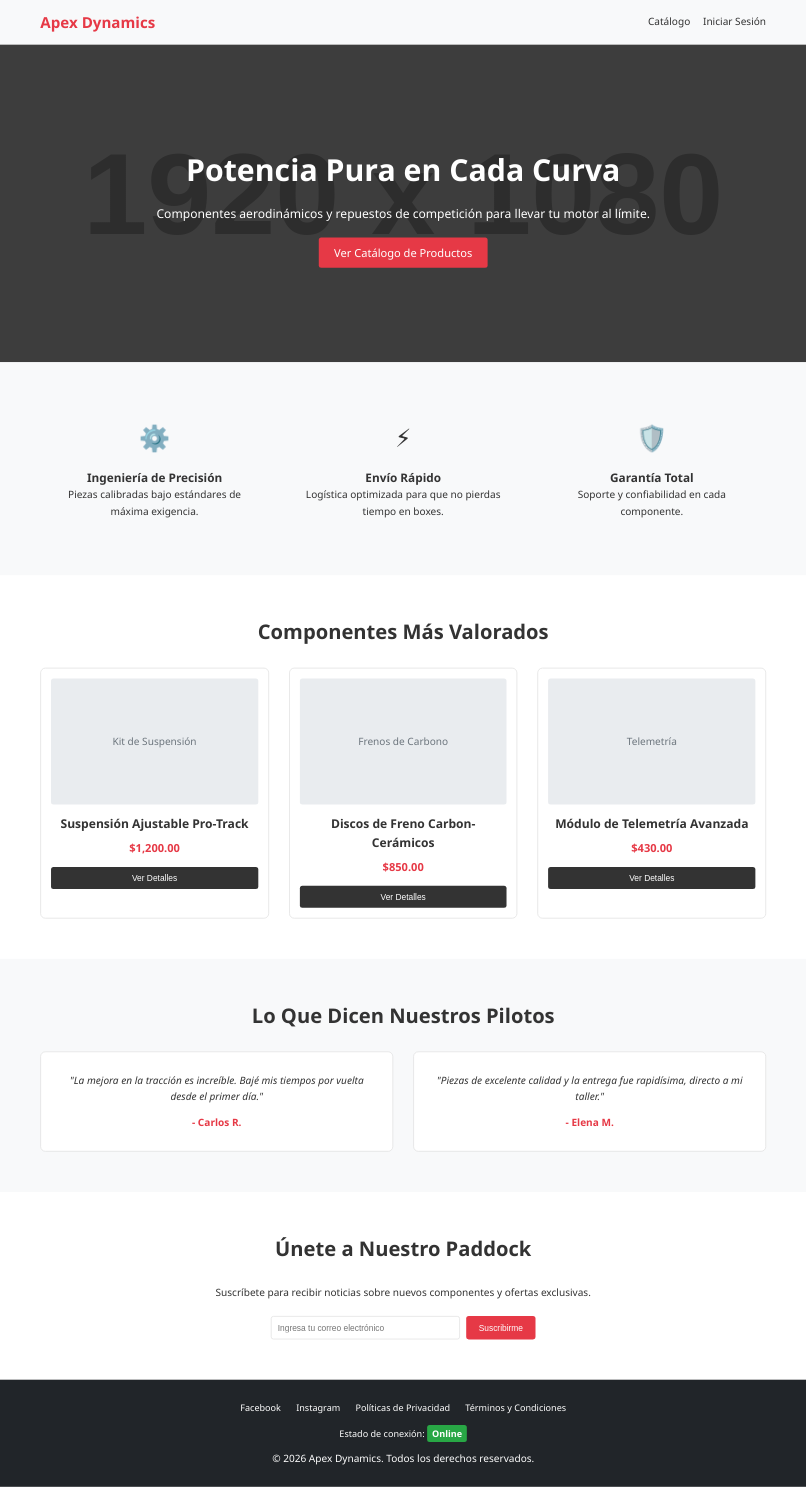
Repository: Niwrad774/Apex-Dynamics-Ecomerce
Page: html/index.html
These files come from the project's save history. The page is drawn as it stood at one moment and after the next save; the edit follows.
The browser window is 1280 px wide. The pictures show the whole page, at 63% of full size.

Above is the page before, as saved 2026-06-11 10:27:17.

After the next save:
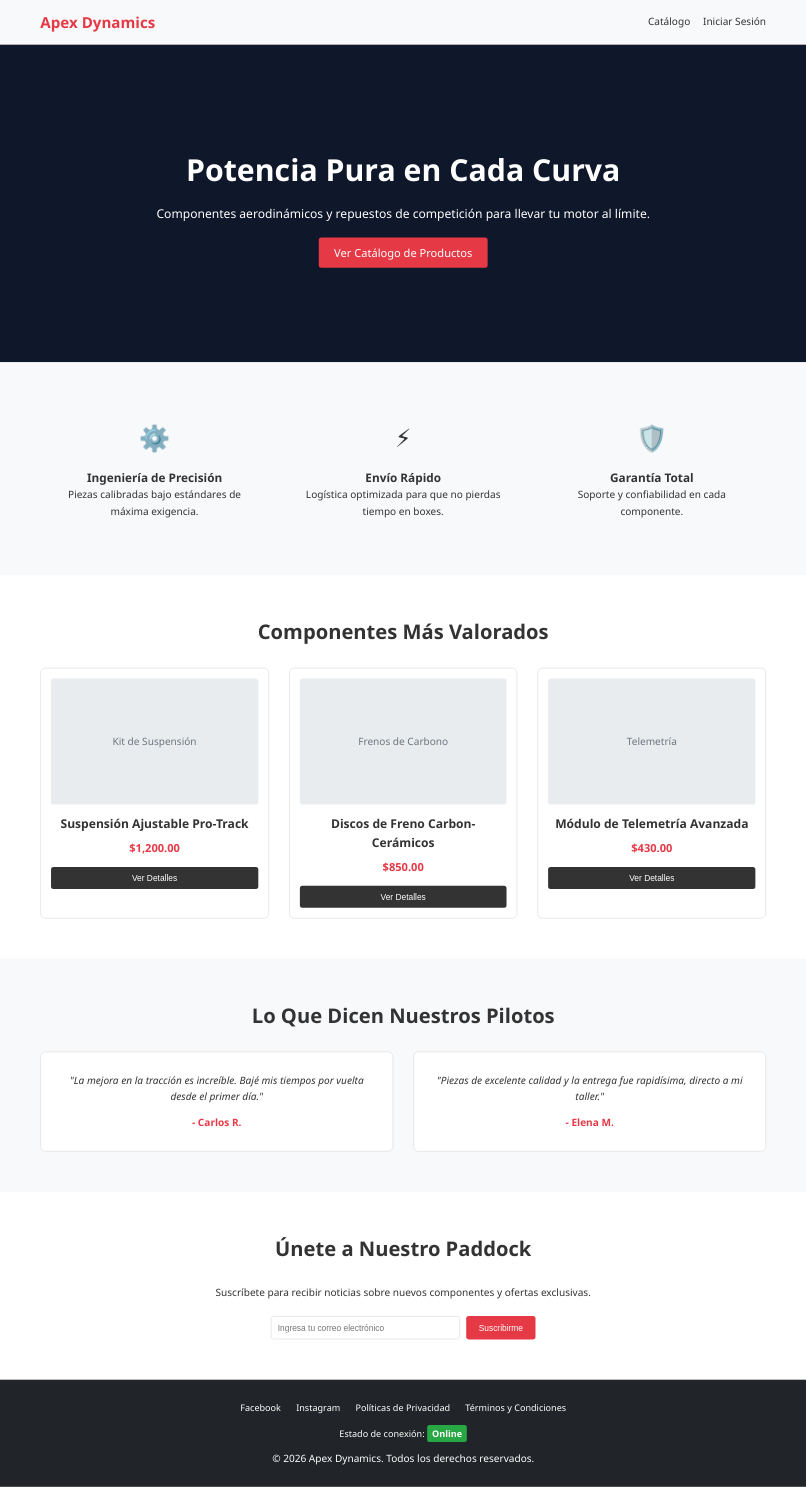
Saved 10 s later.
--- a/assets/css/index.css
+++ b/assets/css/index.css
@@ -49,7 +49,6 @@ body {
 
 .hero {
     background-color: #0f172a;
-    background: linear-gradient(rgba(0, 0, 0, 0.7), rgba(0, 0, 0, 0.7)), url('https://via.placeholder.com/1920x1080?text=Auto+Deportivo') center/cover;
     color: #ffffff;
     height: 70vh;
     display: flex;
